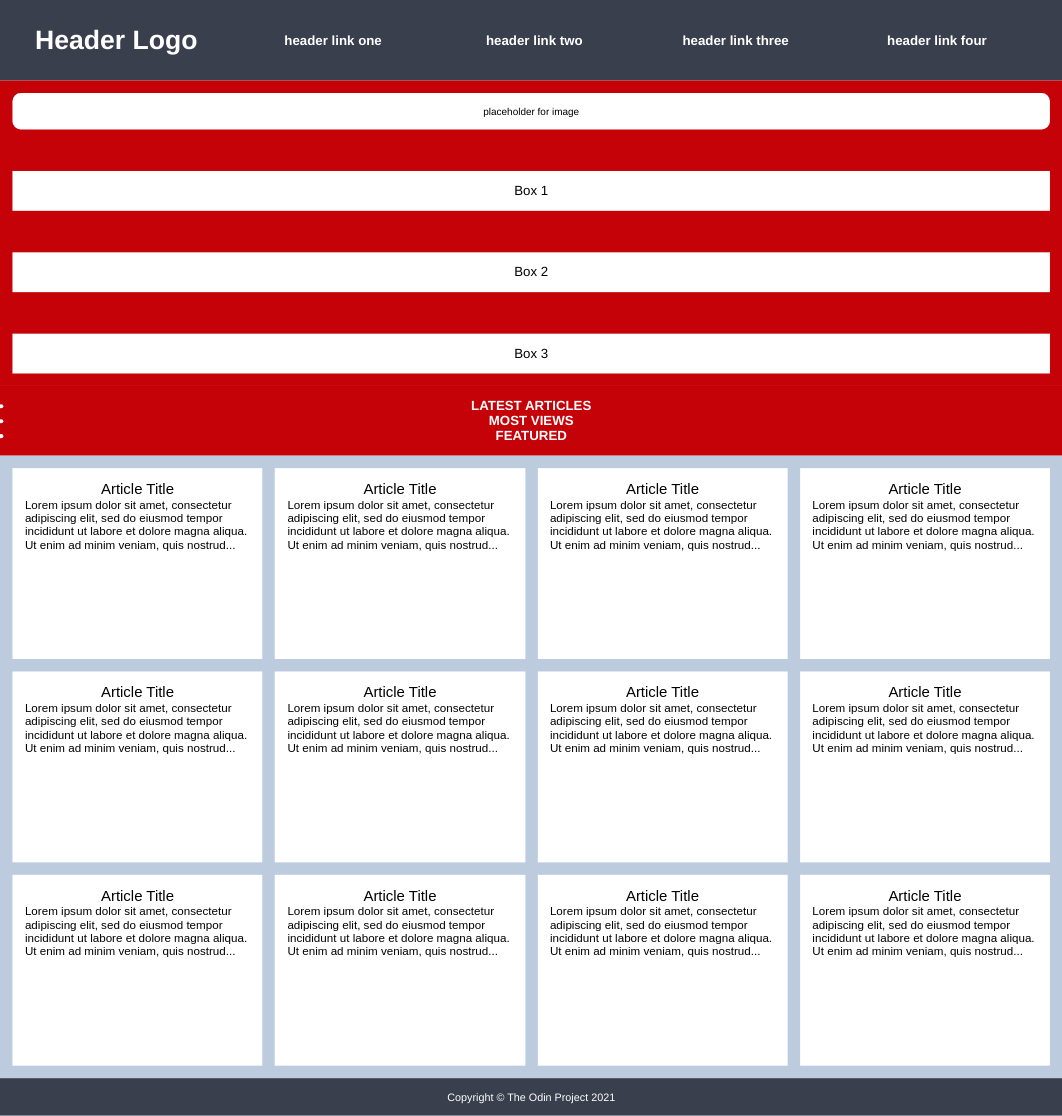
Repository: gkintu/css-exercises
Page: intermediate-html-css/advanced-grid/02-holy-grail-mockup/index.html
These files come from the project's save history. The page is drawn as it stood at one moment and after the next save; the edit follows.
The browser window is 1280 px wide. The pictures show the whole page, at 83% of full size.

Above is the page before, as saved 2025-03-04 09:36:35.

After the next save:
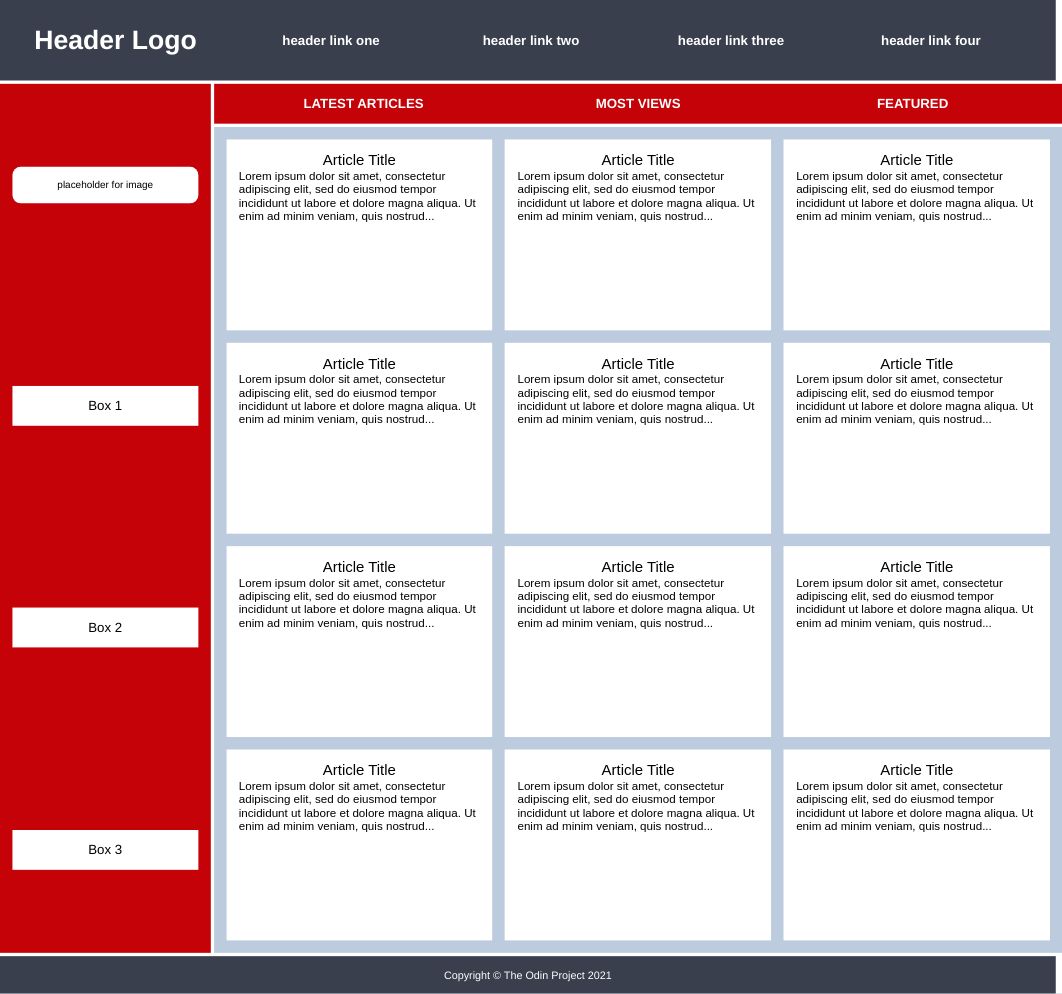
Saved 70 min 40 s later.
--- a/intermediate-html-css/advanced-grid/02-holy-grail-mockup/style.css
+++ b/intermediate-html-css/advanced-grid/02-holy-grail-mockup/style.css
@@ -4,10 +4,10 @@
 }
 
 .container {
+  display: grid;
   text-align: center;
   grid-template-columns: 1fr 4fr;
   gap: 4px;
-
 }
 
 .container div {
@@ -22,8 +22,13 @@
 
   background-color: #393f4d;
   display: grid;
+  grid-column: 1 / 3;
   grid-template-columns: 1fr 4fr;
   align-items: center;
+}
+
+.menu {
+  grid-column: 2 / 3;
 }
 
 .menu ul {
@@ -33,11 +38,7 @@
 
 }
 
-.nav ul {
-  display: grid;
 
-
-}
 
 .menu ul,
 .menu li {
@@ -45,12 +46,15 @@
 }
 
 .sidebar {
-
   background-color: #C50208;
   display:grid;
   gap: 50px;
-align-items: center;
+  align-items: center;
+  grid-column: 1 / 2;
+  grid-row: 2/4;
 }
+
+
 
 .sidebar>div>p  {
   align-items: left;
@@ -76,16 +80,26 @@ align-items: center;
 .nav {
 
   background-color: #C50208;
+  grid-column: 2 / 5;
+  align-self: start;
+}
+
+.nav ul {
+  display:grid;
+  grid-template-columns: repeat(3, 1fr);
+
 }
 
 .nav ul li {
   font-size: 16px;
   text-transform: uppercase;
+  list-style-type: none;
 }
 
 .article {
 
   background-color: #bccbde;
+  grid-column: 2 / 5;
   display:grid;
   grid-template-columns: repeat(auto-fit, minmax(250px, 1fr));
   gap: 15px;
@@ -123,7 +137,7 @@ align-items: center;
 
 
   background-color: #393f4d;
-
+  grid-column: 1 / 3;
 }
 
 .footer p {
